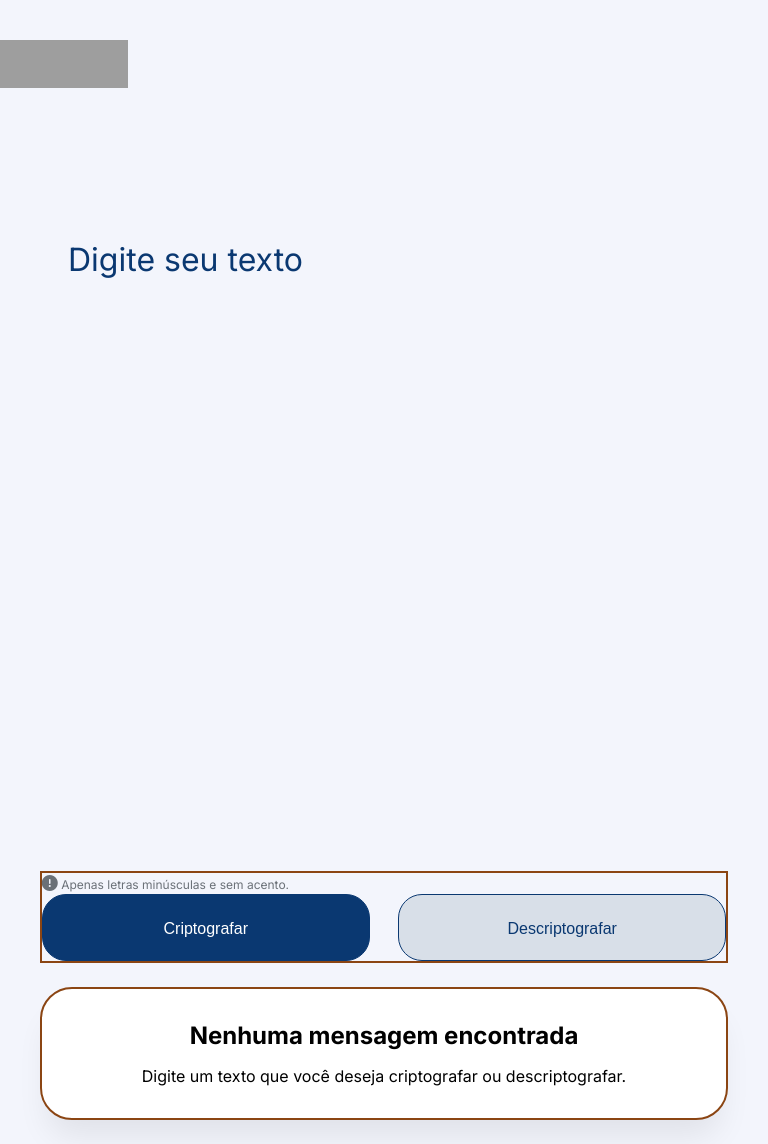
Repository: CarlosEduardoVdeOliveira/descodificador-de-texto
Page: index.html
An editor plug-in stored every save of this project. The page is shown before and after the next save, followed by the edit.
The browser window is 768 px wide. The pictures show the whole page.
Pictures or frames that could not be fetched are drawn as grey boxes.

Above is the page before, as saved 2023-04-13 08:29:39.

After the next save:
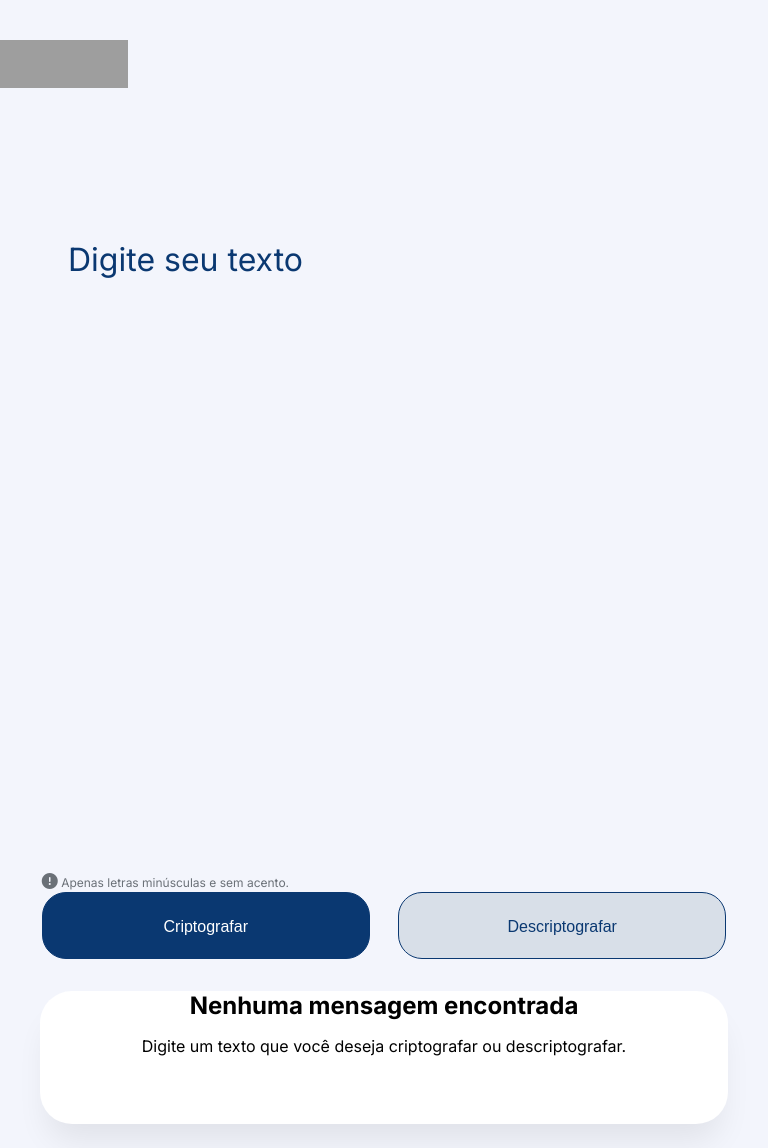
Saved 19 s later.
--- a/public/styles/tablet.css
+++ b/public/styles/tablet.css
@@ -7,11 +7,9 @@
    }
    .info{
       margin: 0 auto;
-      border: 2px solid saddlebrown;
    }
    .text-cryption{
       width: 43rem;
-      border: 2px solid saddlebrown;
       height: 8.313rem;
       padding: 0;
       margin: 1.5rem auto;
